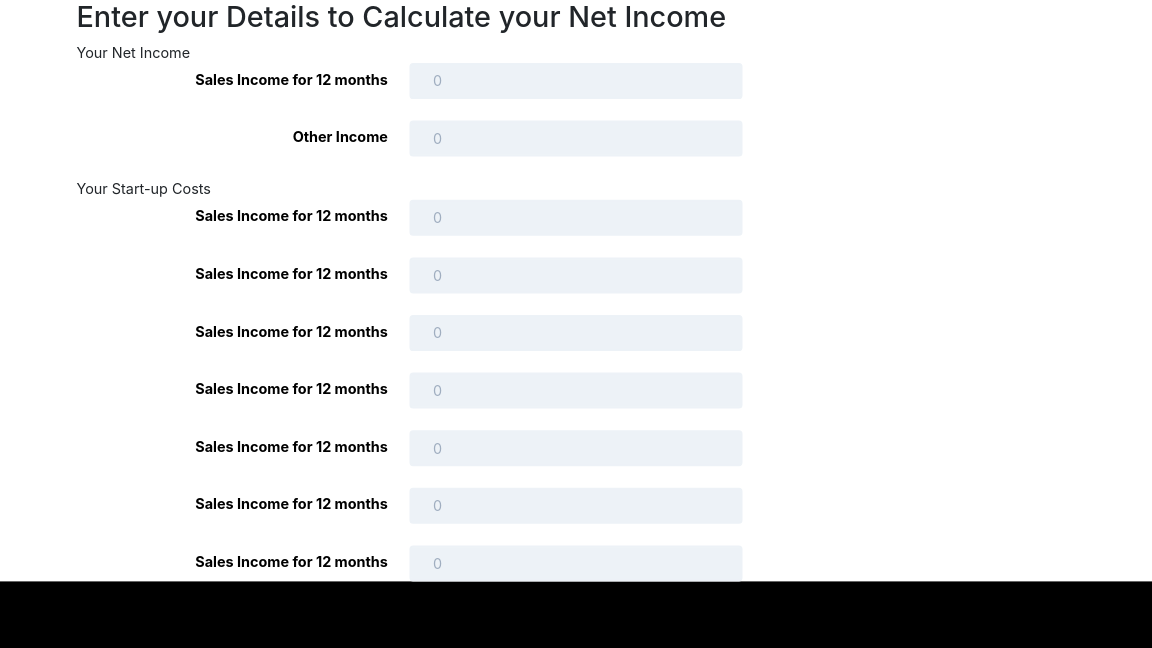
Repository: latenightsnacc/Financial-Forecast
Page: financial-forecast.html
An editor plug-in stored every save of this project. The page is shown before and after the next save, followed by the edit.
The browser window is 1280 px wide. The pictures show the whole page, at 90% of full size.

Above is the page before, as saved 2020-11-15 11:59:13.

### financial-forecast.html
<!DOCTYPE html>
<html lang="en">
<head>
    <meta charset="UTF-8">
    <meta name="viewport" content="width=device-width, initial-scale=1.0">
    <!--Tailwind CDN-->
    <link rel="stylesheet" href="https://cdnjs.cloudflare.com/ajax/libs/tailwindcss/1.9.6/base.min.css" integrity="sha512-hEjkvMSM0ql6VJcNK0gTmjt9ar8F2yHeBUbJKtyvQhkkbGMhiJ4+MaiB8XxsthLAHJx5vy2I9dN0un8HiWG2LA==" crossorigin="anonymous" />
    <link rel="stylesheet" href="https://cdnjs.cloudflare.com/ajax/libs/tailwindcss/1.9.6/components.min.css" integrity="sha512-TizAONqhvXjEfRPhptSUkZNVU497PzAnXNGNUoeOjeni4dHpJ+ak+ZsyoGna20LH/yg1PvdufN1VbnVQeVDftg==" crossorigin="anonymous" />
    <link rel="stylesheet" href="https://cdnjs.cloudflare.com/ajax/libs/tailwindcss/1.9.6/tailwind.css" integrity="sha512-HY1FOTeAX9idUBWDhVDrBg8QUHBisKVQ4BCVj1jFo5z76mk87w4Rr5YGP8nBkcGmoMzqYvdeXHMOg/olF45z3g==" crossorigin="anonymous" />
    <link rel="stylesheet" href="https://cdnjs.cloudflare.com/ajax/libs/tailwindcss/1.9.6/utilities.min.css" integrity="sha512-0QJfuLKyYJWGB5hKArJW67xqMLDlR8YaLM/ZuW2mRn4NRwHNsGm7UuREc5Fu7jONHyewPKnGODY0N8G+FQbfxg==" crossorigin="anonymous" />
    <!--Bootstrap CDN-->
    <link rel="stylesheet" href="https://cdn.jsdelivr.net/npm/bootstrap@4.5.3/dist/css/bootstrap.min.css" integrity="sha384-TX8t27EcRE3e/ihU7zmQxVncDAy5uIKz4rEkgIXeMed4M0jlfIDPvg6uqKI2xXr2" crossorigin="anonymous">
    <title>Financial Forecast |Resaads Consults - Think Millenial</title>
</head>
<body class="bg-black">
    <div class="container">
        <!--Navigation-->
    </div>
    <div class="wrapper  bg-white">
        <div class="container">
            <h2 class="title">Enter your Details to Calculate your Net Income</h2>
        </div>
        <div class="container">
            <!--FORM-->
            <form class="w-full max-w-none">
            <!--NET INCOME-->
                <div class="title">Your Net Income</div>
                <!--Sales Income-->
                <div class="md:flex md:items-center mb-6">
                  <div class="md:w-1/3">
                    <label class="block text-black font-bold md:text-right mb-1 md:mb-0 pr-4" for="inline-full-name" placeholder="0">
                      Sales Income for 12 months
                    </label>
                  </div>
                  <div class="md:w-1/3">
                    <input class="bg-gray-200 appearance-none border-2 border-gray-200 rounded w-full py-2 px-4 text-gray-700 leading-tight focus:outline-none focus:bg-white focus:border-grey-500" id="inline-full-name" type="text" placeholder="0">
                  </div>
                </div>
                <!--Other Income-->
                <div class="md:flex md:items-center mb-6">
                    <div class="md:w-1/3">
                      <label class="block text-black font-bold md:text-right mb-1 md:mb-0 pr-4" for="inline-full-name" placeholder="0">
                        Other Income
                      </label>
                    </div>
                    <div class="md:w-1/3">
                      <input class="bg-gray-200 appearance-none border-2 border-gray-200 rounded w-full py-2 px-4 text-gray-700 leading-tight focus:outline-none focus:bg-white focus:border-grey-500" id="inline-full-name" type="text" placeholder="0">
                    </div>
                </div>
            <!--STARTUP COSTS-->
                <div class="title">Your Start-up Costs</div>
                <!--Website Development-->
                <div class="md:flex md:items-center mb-6">
                    <div class="md:w-1/3">
                        <label class="block text-black font-bold md:text-right mb-1 md:mb-0 pr-4" for="inline-full-name" placeholder="0">
                            Sales Income for 12 months
                        </label>
                    </div>
                    <div class="md:w-1/3">
                        <input class="bg-gray-200 appearance-none border-2 border-gray-200 rounded w-full py-2 px-4 text-gray-700 leading-tight focus:outline-none focus:bg-white focus:border-grey-500" id="inline-full-name" type="text" placeholder="0">
                    </div>
                </div>
                <!--Website Development-->
                <div class="md:flex md:items-center mb-6">
                    <div class="md:w-1/3">
                        <label class="block text-black font-bold md:text-right mb-1 md:mb-0 pr-4" for="inline-full-name" placeholder="0">
                            Sales Income for 12 months
                        </label>
                    </div>
                    <div class="md:w-1/3">
                        <input class="bg-gray-200 appearance-none border-2 border-gray-200 rounded w-full py-2 px-4 text-gray-700 leading-tight focus:outline-none focus:bg-white focus:border-grey-500" id="inline-full-name" type="text" placeholder="0">
                    </div>
                </div>
                <!--Website Development-->
                <div class="md:flex md:items-center mb-6">
                    <div class="md:w-1/3">
                        <label class="block text-black font-bold md:text-right mb-1 md:mb-0 pr-4" for="inline-full-name" placeholder="0">
                            Sales Income for 12 months
                        </label>
                    </div>
                    <div class="md:w-1/3">
                        <input class="bg-gray-200 appearance-none border-2 border-gray-200 rounded w-full py-2 px-4 text-gray-700 leading-tight focus:outline-none focus:bg-white focus:border-grey-500" id="inline-full-name" type="text" placeholder="0">
                    </div>

                </div>
                <!--Website Development-->
                <div class="md:flex md:items-center mb-6">
                    <div class="md:w-1/3">
                        <label class="block text-black font-bold md:text-right mb-1 md:mb-0 pr-4" for="inline-full-name" placeholder="0">
                            Sales Income for 12 months
                        </label>
                    </div>
                    <div class="md:w-1/3">
                        <input class="bg-gray-200 appearance-none border-2 border-gray-200 rounded w-full py-2 px-4 text-gray-700 leading-tight focus:outline-none focus:bg-white focus:border-grey-500" id="inline-full-name" type="text" placeholder="0">
                    </div>

                </div>
                <!--Website Development-->
                <div class="md:flex md:items-center mb-6">
                    <div class="md:w-1/3">
                        <label class="block text-black font-bold md:text-right mb-1 md:mb-0 pr-4" for="inline-full-name" placeholder="0">
                            Sales Income for 12 months
                        </label>
                    </div>
                    <div class="md:w-1/3">
                        <input class="bg-gray-200 appearance-none border-2 border-gray-200 rounded w-full py-2 px-4 text-gray-700 leading-tight focus:outline-none focus:bg-white focus:border-grey-500" id="inline-full-name" type="text" placeholder="0">
                    </div>

                </div>
                <!--Website Development-->
                <div class="md:flex md:items-center mb-6">
                    <div class="md:w-1/3">
                        <label class="block text-black font-bold md:text-right mb-1 md:mb-0 pr-4" for="inline-full-name" placeholder="0">
                            Sales Income for 12 months
                        </label>
                    </div>
                    <div class="md:w-1/3">
                        <input class="bg-gray-200 appearance-none border-2 border-gray-200 rounded w-full py-2 px-4 text-gray-700 leading-tight focus:outline-none focus:bg-white focus:border-grey-500" id="inline-full-name" type="text" placeholder="0">
                    </div>
                </div>
                <!--Website Development-->
                <div class="md:flex md:items-center mb-6">
                    <div class="md:w-1/3">
                        <label class="block text-black font-bold md:text-right mb-1 md:mb-0 pr-4" for="inline-full-name" placeholder="0">
                            Sales Income for 12 months
                        </label>
                    </div>
                    <div class="md:w-1/3">
                        <input class="bg-gray-200 appearance-none border-2 border-gray-200 rounded w-full py-2 px-4 text-gray-700 leading-tight focus:outline-none focus:bg-white focus:border-grey-500" id="inline-full-name" type="text" placeholder="0">
                    </div>
                </div>
            </form>
        </div>
    </div>
    <!--Bootstrap Scripts-->
    <script src="https://code.jquery.com/jquery-3.5.1.slim.min.js" integrity="sha384-DfXdz2htPH0lsSSs5nCTpuj/zy4C+OGpamoFVy38MVBnE+IbbVYUew+OrCXaRkfj" crossorigin="anonymous"></script>
    <script src="https://cdn.jsdelivr.net/npm/popper.js@1.16.1/dist/umd/popper.min.js" integrity="sha384-9/reFTGAW83EW2RDu2S0VKaIzap3H66lZH81PoYlFhbGU+6BZp6G7niu735Sk7lN" crossorigin="anonymous"></script>
    <script src="https://cdn.jsdelivr.net/npm/bootstrap@4.5.3/dist/js/bootstrap.min.js" integrity="sha384-w1Q4orYjBQndcko6MimVbzY0tgp4pWB4lZ7lr30WKz0vr/aWKhXdBNmNb5D92v7s" crossorigin="anonymous"></script>
</body>
</html>

After the next save:
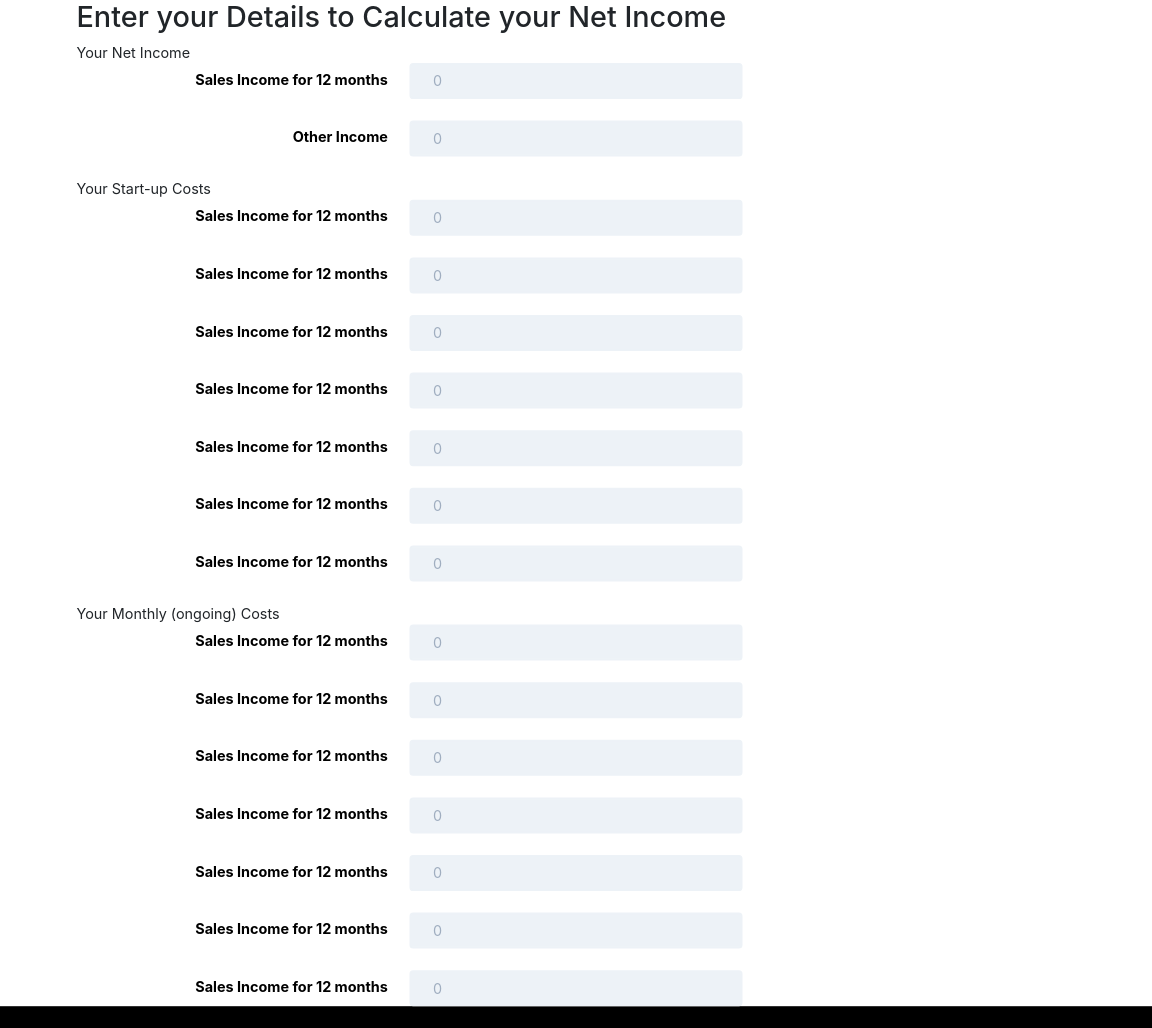
Saved 2 min 5 s later.
--- a/financial-forecast.html
+++ b/financial-forecast.html
@@ -129,6 +129,88 @@
                         <input class="bg-gray-200 appearance-none border-2 border-gray-200 rounded w-full py-2 px-4 text-gray-700 leading-tight focus:outline-none focus:bg-white focus:border-grey-500" id="inline-full-name" type="text" placeholder="0">
                     </div>
                 </div>
+            <!--MONTHLY COSTS-->
+                <div class="title">Your Monthly (ongoing) Costs</div>
+                <!--Website Development-->
+                <div class="md:flex md:items-center mb-6">
+                    <div class="md:w-1/3">
+                        <label class="block text-black font-bold md:text-right mb-1 md:mb-0 pr-4" for="inline-full-name" placeholder="0">
+                            Sales Income for 12 months
+                        </label>
+                    </div>
+                    <div class="md:w-1/3">
+                        <input class="bg-gray-200 appearance-none border-2 border-gray-200 rounded w-full py-2 px-4 text-gray-700 leading-tight focus:outline-none focus:bg-white focus:border-grey-500" id="inline-full-name" type="text" placeholder="0">
+                    </div>
+                </div>
+                <!--Website Development-->
+                <div class="md:flex md:items-center mb-6">
+                    <div class="md:w-1/3">
+                        <label class="block text-black font-bold md:text-right mb-1 md:mb-0 pr-4" for="inline-full-name" placeholder="0">
+                            Sales Income for 12 months
+                        </label>
+                    </div>
+                    <div class="md:w-1/3">
+                        <input class="bg-gray-200 appearance-none border-2 border-gray-200 rounded w-full py-2 px-4 text-gray-700 leading-tight focus:outline-none focus:bg-white focus:border-grey-500" id="inline-full-name" type="text" placeholder="0">
+                    </div>
+                </div>
+                <!--Website Development-->
+                <div class="md:flex md:items-center mb-6">
+                    <div class="md:w-1/3">
+                        <label class="block text-black font-bold md:text-right mb-1 md:mb-0 pr-4" for="inline-full-name" placeholder="0">
+                            Sales Income for 12 months
+                        </label>
+                    </div>
+                    <div class="md:w-1/3">
+                        <input class="bg-gray-200 appearance-none border-2 border-gray-200 rounded w-full py-2 px-4 text-gray-700 leading-tight focus:outline-none focus:bg-white focus:border-grey-500" id="inline-full-name" type="text" placeholder="0">
+                    </div>
+
+                </div>
+                <!--Website Development-->
+                <div class="md:flex md:items-center mb-6">
+                    <div class="md:w-1/3">
+                        <label class="block text-black font-bold md:text-right mb-1 md:mb-0 pr-4" for="inline-full-name" placeholder="0">
+                            Sales Income for 12 months
+                        </label>
+                    </div>
+                    <div class="md:w-1/3">
+                        <input class="bg-gray-200 appearance-none border-2 border-gray-200 rounded w-full py-2 px-4 text-gray-700 leading-tight focus:outline-none focus:bg-white focus:border-grey-500" id="inline-full-name" type="text" placeholder="0">
+                    </div>
+
+                </div>
+                <!--Website Development-->
+                <div class="md:flex md:items-center mb-6">
+                    <div class="md:w-1/3">
+                        <label class="block text-black font-bold md:text-right mb-1 md:mb-0 pr-4" for="inline-full-name" placeholder="0">
+                            Sales Income for 12 months
+                        </label>
+                    </div>
+                    <div class="md:w-1/3">
+                        <input class="bg-gray-200 appearance-none border-2 border-gray-200 rounded w-full py-2 px-4 text-gray-700 leading-tight focus:outline-none focus:bg-white focus:border-grey-500" id="inline-full-name" type="text" placeholder="0">
+                    </div>
+
+                </div>
+                <!--Website Development-->
+                <div class="md:flex md:items-center mb-6">
+                    <div class="md:w-1/3">
+                        <label class="block text-black font-bold md:text-right mb-1 md:mb-0 pr-4" for="inline-full-name" placeholder="0">
+                            Sales Income for 12 months
+                        </label>
+                    </div>
+                    <div class="md:w-1/3">
+                        <input class="bg-gray-200 appearance-none border-2 border-gray-200 rounded w-full py-2 px-4 text-gray-700 leading-tight focus:outline-none focus:bg-white focus:border-grey-500" id="inline-full-name" type="text" placeholder="0">
+                    </div>
+                </div>
+                <!--Website Development-->
+                <div class="md:flex md:items-center mb-6">
+                    <div class="md:w-1/3">
+                        <label class="block text-black font-bold md:text-right mb-1 md:mb-0 pr-4" for="inline-full-name" placeholder="0">
+                            Sales Income for 12 months
+                        </label>
+                    </div>
+                    <div class="md:w-1/3">
+                        <input class="bg-gray-200 appearance-none border-2 border-gray-200 rounded w-full py-2 px-4 text-gray-700 leading-tight focus:outline-none focus:bg-white focus:border-grey-500" id="inline-full-name" type="text" placeholder="0">
+                    </div>
+                </div>
             </form>
         </div>
     </div>
